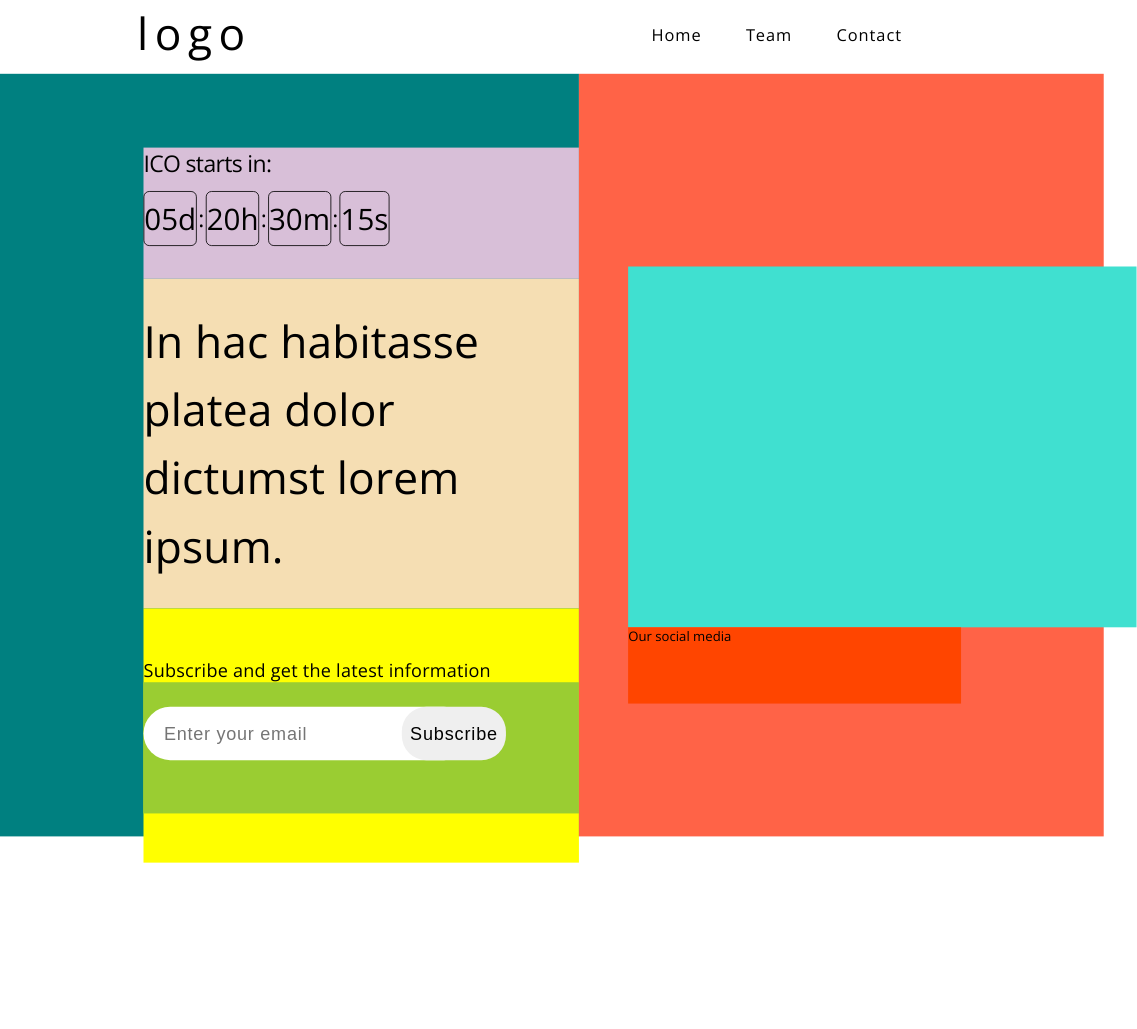
Repository: McGregorSt/newOne
Page: index.html
An editor plug-in stored every save of this project. The page is shown before and after a run of saves, followed by the edit.
The browser window is 1280 px wide. The page is 1386 px wide, so the pictures cover 1386 px, including what lies to the right of the window. The pictures show the whole page, at 82% of full size.

Above is the page before, as saved 2019-12-13 18:48:28.

### index.html
<!DOCTYPE html>
<html lang="en">
<head>
  <meta charset="UTF-8">
  <meta name="viewport" content="width=device-width, initial-scale=1.0">
  <meta http-equiv="X-UA-Compatible" content="ie=edge">
  <link rel="stylesheet" href="css/style.css">
  <link href="https://fonts.googleapis.com/css?family=Open+Sans:300,300i,400,400i,600,600i,700,700i,800,800i&display=swap" rel="stylesheet">
  <title>Ethworks</title>
</head>
<body>
  <div class="container">
    <section class="header">
      <div class="logo">logo</div>
      <ul class="menu">
        <li class="menu__item">Home</li>
        <li class="menu__item">Team</li>
        <li class="menu__item">Contact</li>
      </ul>
    </section>
    <section class="main">
      <div class="subs">
        <div class="subs__timer">
          <span class="subs__timer__header">ICO starts in:</span>
          <div class="subs__timer__global">
            <div class="subs__timer__item">05d</div>
            <div class="subs__timer__item">:</div>
            <div class="subs__timer__item">20h</div>
            <div class="subs__timer__item">:</div>
            <div class="subs__timer__item">30m</div>
            <div class="subs__timer__item">:</div>
            <div class="subs__timer__item">15s</div>
          </div>
        </div>
        <div class="subs__article">In hac habitasse platea dolor dictumst lorem ipsum.</div>
        <div class="subs__email">
          <span class="subs__email__header">Subscribe and get the latest information</span>
          <div class="subs__email__content">
            <input type="email" class="subs__email__input" placeholder="Enter your email">
            <button type="submit" class="subs__email__button">Subscribe</button>
          </div>
        </div>
      </div>
      <div class="media">
        <div class="media__media">
          <div class="media__player"></div>
          <div class="media__social">
            <span class="media__social__header">Our social media</span>
            <div class="media__social__tt"></div>
            <div class="media__social__fb"></div>
            <div class="media__social__md"></div>
            <div class="media__social__gh"></div>
            <div class="media__social__mail"></div>
        </div>
        </div>
      </div>
    </section>
    <section class="team"></section>
    <section class="footer"></section>
  </div>
</body>
<script src="js/app.js">


</script>
</html>

### css/style.css
body {
  margin: 0;
  padding: 0;
  box-sizing: border-box;
  font-family: 'Open Sans', sans-serif;
  overflow-y: scroll;
}
/* section header */
.header {
  height: 95px;
  margin: auto;
  margin-top: -5px;
  display: flex;
  justify-content: space-between;
  align-items: center;
  padding: 0 180px;
}
.logo {
  margin-left: -13px;
  margin-top: -5px;
  font-size: 54px;
  letter-spacing: 8px;
}
.menu {
  list-style: none;
  display: flex;
  letter-spacing: 1.15px;
  /* font-weight: 300; */
  /* justify-content: space-between; */
  font-size: 20px;
}
.menu__item {
  padding: 0 0 0 54px;
}


/* section main */
.main {
  height: 930px;
  display: flex;
}
.subs {
  width: 50%;
  font-size: 28px;
  background-color: teal;
  display: flex;
  flex-direction: column;
  padding: 90px 0 60px 175px;
}
.subs__timer {
  background-color: thistle;
}
.subs__timer__header {
  letter-spacing: -0.8px;
}
.subs__timer__global {
  width: 56.4%;
  display: flex;
  justify-content: space-between;
  padding: 15px 0 40px 0 ;
}
.subs__timer__item {
  width: 88px;
  height: 65px;
  display: flex;
  justify-content: center;
  align-items: center;
}
.subs__timer__item:nth-child(2n+2) {

}
.subs__timer__item:nth-child(2n+1) {
  width: 40%;
  border: 1px solid #000;
  font-size: 36px;
  border-radius: 7px;
}
.subs__article {
  font-size: 54px;
  letter-spacing: 0.2px;
  line-height: 83px;
  padding: 35px 0;
  background-color: wheat;

}
.subs__email {
  background-color: yellow;
  display: flex;
  flex-direction: column;
  font-size: 22px;
  letter-spacing: 0.3px;
  padding: 60px 0;
}
.subs__email__content {
  background-color: yellowgreen;
  height: 100px;
  padding: 30px 0;
}
.subs__email__input {
  height: 63%;
  width: 70%;
  border-radius: 40px;
  font-size: 22px;
  padding-left: 25px;
  letter-spacing: 0.9px;
  outline: none;
  border: 0;
}
.subs__email__input::placeholder {
  /* padding-left: 25px; */
}
.subs__email__button {
  height: 65%;
  width: 24%;
  margin-left: -90px;
  font-size: 22px;
  letter-spacing: 1.05px;
  border: 0;
  border-radius: 30px;
}

.media {
  /* height: 80%; */
  width: 50%;
  background-color: tomato;
}
.media__media {
  height: 100%;
  display: flex;
  flex-direction: column;
  align-content: space-between;
  padding: 235px 0 0 60px;
}
.media__player {
  width: 620px;
  height: 440px;
  background-color: turquoise;
}
.media__social {
  width: 70%;
  height: 10%;
  background-color: orangered;
}



/*
  section team
*/


/* section footer */

### js/app.js
let chi = document.querySelectorAll('.subs__timer__global:nth-child(2n+1)')
console.log(chi)

After the next 4 saves:
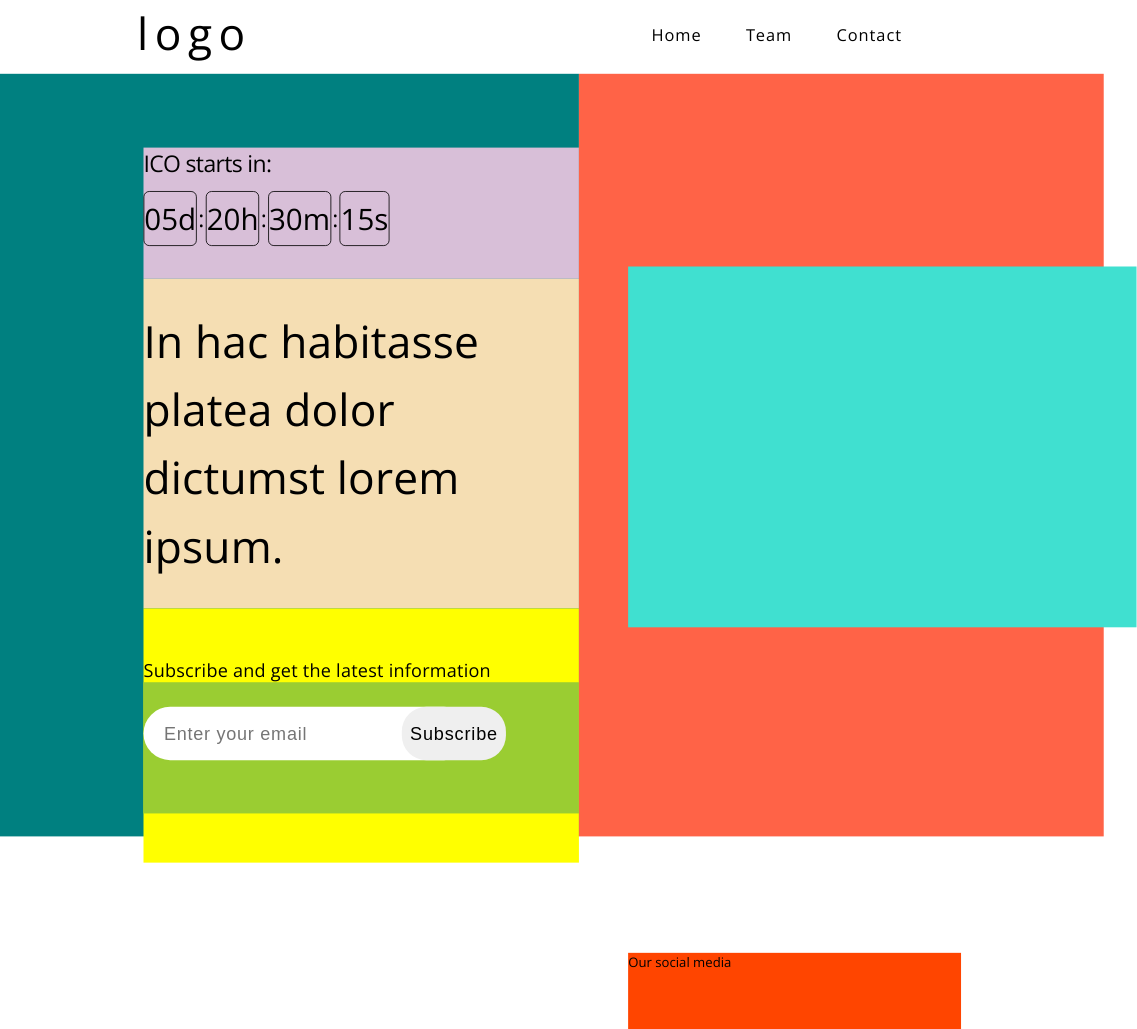
The 4 saves are shown as one change because they came seconds apart.
The last was saved 27 s later.
--- a/css/style.css
+++ b/css/style.css
@@ -128,7 +128,7 @@ body {
   height: 100%;
   display: flex;
   flex-direction: column;
-  align-content: space-between;
+  justify-content: space-between;
   padding: 235px 0 0 60px;
 }
 .media__player {
